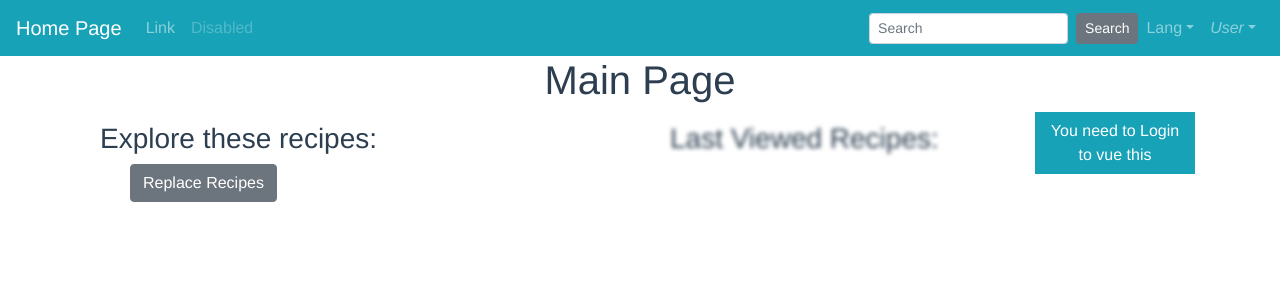
Repository: chenshor/cooking-site
Page: /#/
These files come from the project's save history. The page is drawn as it stood at one moment and after the next save; the edit follows.
The browser window is 1280 px wide. The pictures show the whole page.
The page's requests for data from a server got no answer. The project was rebuilt for these pictures with package versions that can differ from the ones it lists, and the page was loaded fresh each time. No one was signed in, and anything a server would have sent is missing. Also part of the build but not shown: vue.config.js, src/components/Indication.vue, src/components/RecipePreview.vue, src/pages/NotFoundPage.vue, src/components/IngredientSpoon.vue, src/components/Favorite.vue, src/pages/RecipePage.vue, src/assets/countries.js and 8 more.

Above is the page before, as saved 2020-06-22 21:10:57.

After the next save:
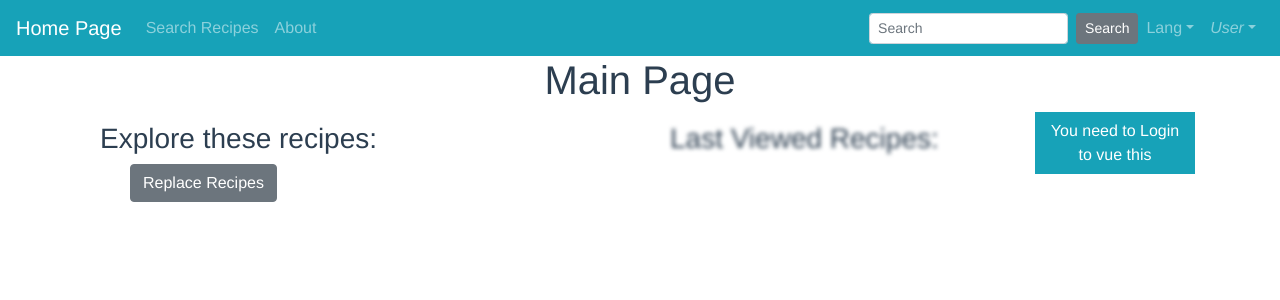
Saved 75 s later.
--- a/src/App.vue
+++ b/src/App.vue
@@ -7,8 +7,8 @@
 
       <b-collapse id="nav-collapse" is-nav>
         <b-navbar-nav>
-          <b-nav-item href="#">Link</b-nav-item>
-          <b-nav-item href="#" disabled>Disabled</b-nav-item>
+          <b-nav-item to="/search">Search Recipes</b-nav-item>
+          <b-nav-item to="/about">About</b-nav-item>
         </b-navbar-nav>
 
         <!-- Right aligned nav items -->
